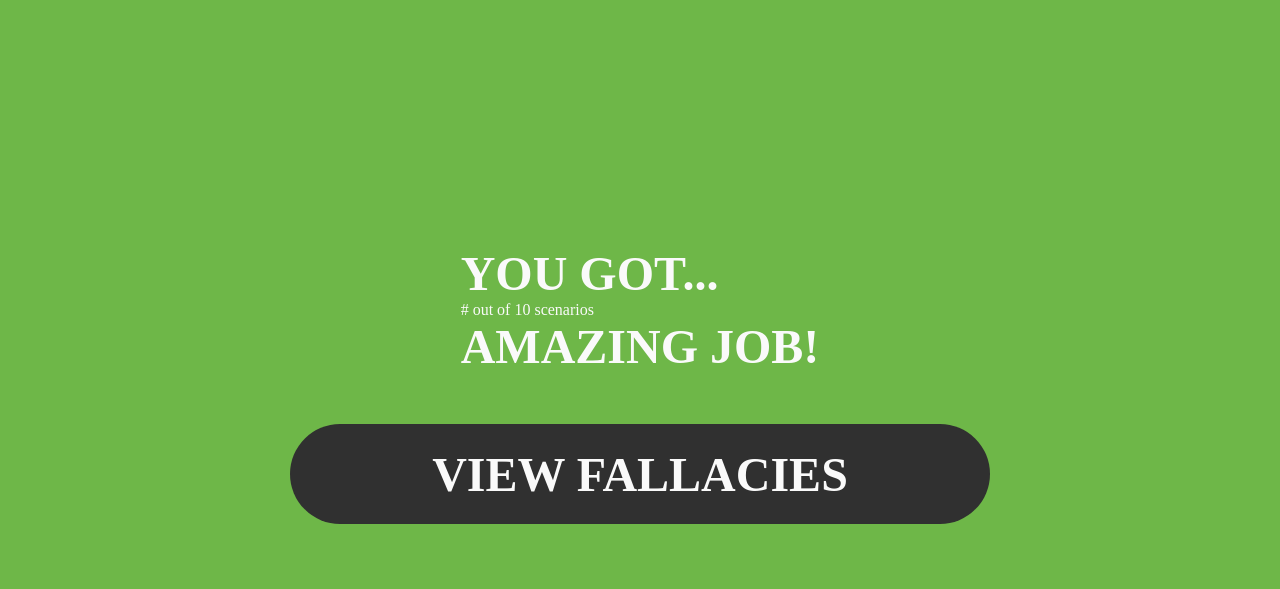
Repository: cindyvunguyen/fallacy
Page: index.html
These files come from the project's save history. The page is drawn as it stood at one moment and after a run of saves; the edit follows.
The browser window is 1280 px wide. The pictures show the whole page.
Some web fonts or font styles are not loaded; a fallback is used.

Above is the page before, as saved 2020-03-12 17:07:57.

### index.html
<!DOCTYPE html>
<html lang="en">
<head>
    <meta charset="UTF-8">
    <meta name="viewport" content="width=device-width, initial-scale=1.0">
    <title>FALLACIES</title>
    <link href="style.css" rel="stylesheet" type="text/css">
</head>
<body>
    <div id="app">

        <!-- CINDY START -->

        <div id="home-page"></div>

        <div id="lets-start-page"></div>

        <div id="question-page"></div>

        <!-- CINDY END -->

        <!-- SOPHIA START -->

        <div id="correct-page">
            <div id="icon"></div>
            <div id="cp-text1">HORRAY!</div>
            <div id="cp-a-outcome">
                <div id="cp-text2">You avoided the</div>
                <div id="cp-fallacy">BANDWAGON FALLACY</div>
                <div id="cp-text2">which is</div>
            </div>
            <div id="cp-definition">Listening to what is popular instead of listening to yourself.</div>
            <button class="white-button">NEXT QUESTION</button>
        </div>

        <div id="incorrect-page">
            <div id="icon"></div>
            <div id="cp-text1">OH NO!</div>
            <div id="cp-a-outcome">
                <div id="cp-text2">You committed the</div>
                <div id="cp-fallacy">BANDWAGON FALLACY</div>
                <div id="cp-text2">which is</div>
            </div>
            <div id="cp-definition">Listening to what is popular instead of listening to yourself.</div>
            <button class="white-button">NEXT QUESTION</button>
        </div>

        <!-- the two above pages technically have the same HTML. so you can only have 1 div and change the CSS through JS. it's entirely up to you. -->

        <div id="results-page">
            <div id="rp-text">
                <div id="rp-message">YOU GOT...</div>
                <div id="rp-results"># out of 10 scenarios</div>
                <div id="rp-message">AMAZING JOB!</div>
            </div>
            <button class="grey-button">VIEW FALLACIES</button>
        </div>

        <div id="game-over-page"></div>

        <!-- the two above pages technically have the same HTML, so you can only have 1 div and change the CSS through JS. it's entirely up to you. -->

        <!-- SOPHIA END -->

        <!-- CHLOE START -->

        <div id="review-page"></div>

        <div id="review2-page"></div>

        <div id="fallacy-review-page"></div>

        <div id="three-fallacies-page"></div>
        <!-- change the page's content with JS to show all three fallacies when clicked -->

        <!-- CHLOE END -->
        <script src="js.js"></script>
    </div>
</body>
</html>

### style.css
body {
    margin: 0;
}

#app {
    width: 100vw;
    height: 100vh;
    font-family: Visby;
    background-color: #468091;
    color: #FAFAFA;
}

@font-face {
    font-family: Visby;
    src: url(fonts/VisbyRoundCF-Regular.otf) format("woff");
}

@font-face {
    font-family: Visby;
    src: url(fonts/VisbyRoundCF-ExtraBold.otf) format("woff");
    font-weight: bold;
}

.pink-button {
    height: 100px;
    width: 700px;
    background-color: #ed2265;
    border: 0px;
    border-radius: 75px;
    font-family: Visby;
    font-weight: bold;
    font-size: 36pt;
    color: #FAFAFA;
    outline: 0;
}

.pink-button:active {
    background-color: #9c1542;
}

.white-button {
    height: 100px;
    width: 700px;
    background-color: #FAFAFA;
    border: 0px;
    border-radius: 75px;
    font-family: Visby;
    font-weight: bold;
    font-size: 36pt;
    color: #303030;
    outline: 0;
}

.white-button:active {
    background-color: #9e9e9e;
}

.grey-button {
    height: 100px;
    width: 700px;
    background-color: #303030;
    border: 0px;
    border-radius: 75px;
    font-family: Visby;
    font-weight: bold;
    font-size: 36pt;
    color: #FAFAFA;
    outline: 0;
}

.grey-button:active {
    background-color: #000000;
}

/* CINDY START */

/* CINDY END */

/* SOPHIA START */

/* correct page */
#correct-page {
    width: 100vw;
    height: 100vh;
    /* display: flex; */
    display: none;
    flex-direction: column;
    align-items: center;
    justify-content: center;
    background-color: #6eb748; /* incorrect, change to #860000*/
}

#icon {
    background-color: olive;
    width: 150px;
    height: 150px;
    border-radius: 50%;
}

#cp-text1 {
    font-size: 36pt;
    font-weight: bold;
    padding: 35px 0;
}

#cp-text2 {
    font-size: 16pt;
    font-weight: bold;
}

#cp-fallacy {
    font-size: 36pt;
    font-weight: bold;
}

#cp-definition {
    font-size: 16pt;
    line-height: 150px;
}

#cp-a-outcome {
    line-height: 60px;
    display: flex;
    flex-direction: column;
    align-items: center;
    justify-content: center;
}

/* icorrect page */
#incorrect-page {
    width: 100vw;
    height: 100vh;
    /* display: flex; */
    display: none;
    flex-direction: column;
    align-items: center;
    justify-content: center;
    background-color: #860000;
}

#incorrect-icon {
    background-color: olive;
    width: 150px;
    height: 150px;
    border-radius: 50%;
}

#ip-text1 {
    font-size: 36pt;
    font-weight: bold;
    padding: 35px 0;
}

#ip-text2 {
    font-size: 16pt;
    font-weight: bold;
}

#ip-fallacy {
    font-size: 36pt;
    font-weight: bold;
}

#ip-definition {
    font-size: 16pt;
    line-height: 150px;
}

#ip-a-outcome {
    line-height: 60px;
    display: flex;
    flex-direction: column;
    align-items: center;
    justify-content: center;
}

/* results page */
#results-page {
    width: 100vw;
    height: 100vh;
    display: flex;
    /* display: none; */
    flex-direction: column;
    align-items: center;
    justify-content: center;
    background-color: #6eb748; /* incorrect, change to #860000*/
}

#rp-text {
    padding: 50px;
}

#rp-message {
    font-size: 36pt;
    font-weight: bold;
}
/* SOPHIA END */

/* CHLOE START */

/* CHLOE END */

### js.js
// CINDY START

// CINDY END

// SOPHIA START

// SOPHIA END

// CHLOE START

// CHLOE END

After the next 2 saves:
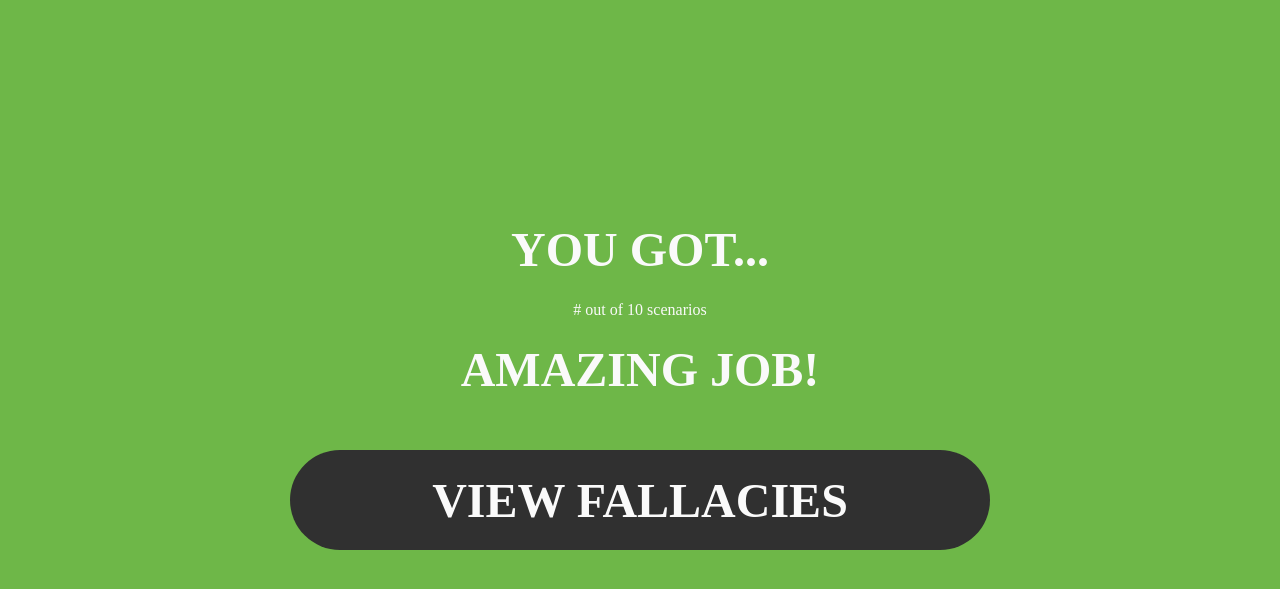
The 2 saves are shown as one change because they came seconds apart.
The last was saved 16 s later.
--- a/style.css
+++ b/style.css
@@ -188,6 +188,11 @@ body {
 
 #rp-text {
     padding: 50px;
+    line-height: 60px;
+    display: flex;
+    flex-direction: column;
+    align-items: center;
+    justify-content: center;
 }
 
 #rp-message {
